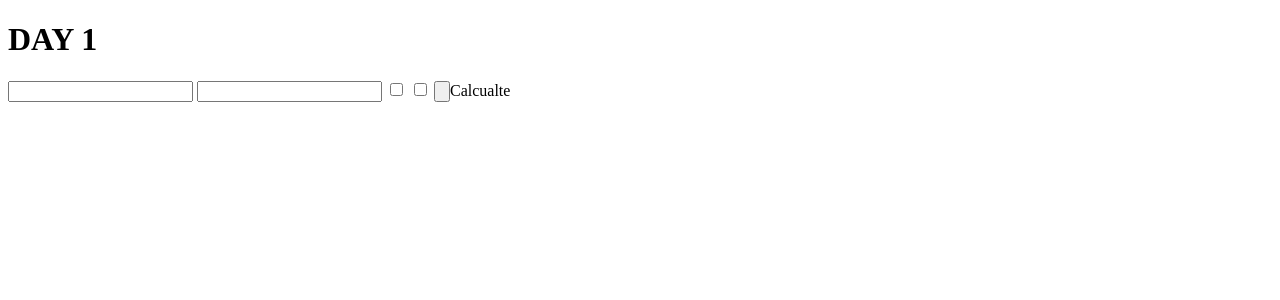
Repository: Padminivittal/Padmini-MWB
Page: MWB Day1/WebContent/Lab1.html
The author's editor kept a copy of each file at every save. The page is drawn from the files as they stood at one save, then again after the next save.
The browser window is 1280 px wide. The pictures show the whole page.

Above is the page before, as saved 2012-07-20 06:07:27.
Console error: SyntaxError: Unexpected token '}'

After the next save:
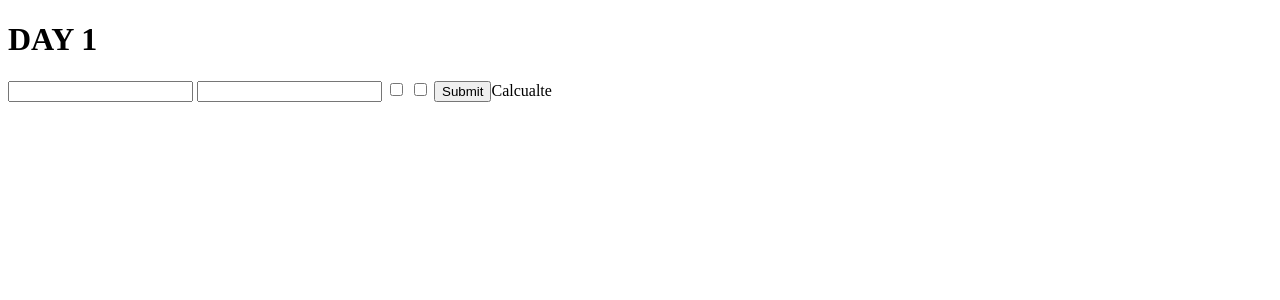
Saved 79 s later.
--- a/MWB Day1/WebContent/Lab1.html
+++ b/MWB Day1/WebContent/Lab1.html
@@ -60,6 +60,6 @@ function doOperation(operation)
 <input type="number" id="number2"/>
 <input type="checkbox" id="add" onchange="addOperations()"/>
 <input type="checkbox" id="subract" onchange="addOperations()"/>
-<input type="button" onclick="calculate()"  />Calcualte</input>
+<input type="submit"id="calculate"  onclick="calculate()"   />Calcualte</input>
 </body>
 </html>
